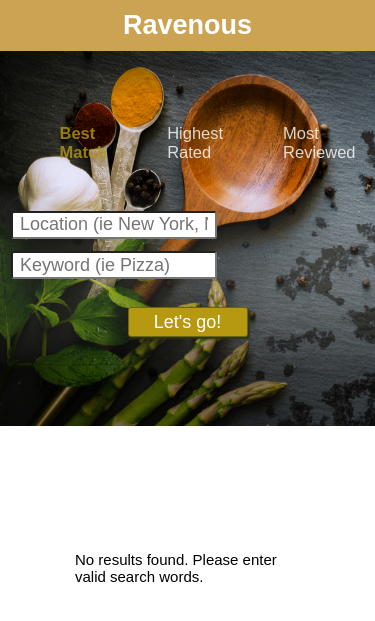
Repository: LolaSL/Ravenous
Page: /
An editor plug-in stored every save of this project. The page is shown before and after the next save, followed by the edit.
The browser window is 375 px wide. The pictures show the whole page.
The page's requests for data from a server got no answer. The project was rebuilt for these pictures with package versions that can differ from the ones it lists, and the page was loaded fresh each time. No one was signed in, and anything a server would have sent is missing. Also part of the build but not shown: src/Business/Business.js.

Above is the page before, as saved 2024-03-24 12:27:09.

### src/App.js
import './App.css';
import React, { useState, useEffect } from 'react';
import BusinessList from './BusinessList/BusinessList';
import SearchBar from './SearchBar/SearchBar';
import getSuggestions from './utils/yelp';

function App() {
  const [businesses, setBusinesses ] = useState([]);

  const searchYelp = async (keyword, location, sort) => {
    const suggestions = await getSuggestions(keyword, location, sort);
    setBusinesses(suggestions);
  };

  useEffect(() => {
    searchYelp("food", "US", "best_match");
  }, []);

  return (
    <div className="App">
      <header>
        <h1>Ravenous</h1>
      </header>
      <main>
        <SearchBar searchYelp={searchYelp}/>
        <BusinessList businesses={businesses}/>
      </main>
      <footer>

      </footer>
    </div>
  );
};

export default App;

### src/App.css
/* Universal Styles */

html {
  font-size: 18px;
}

html,
body {
  margin: 0;
}

@media only screen and (max-width: 560px) {
  html {
    font-size: 15px;
  }
}

input:focus {
  outline: none;
}

/* App Styles */

.App {
  font-family: "Work Sans", sans-serif;
}

.App h1 {
  padding: 0.66rem 0;
  text-align: center;
  background-color: #cca353;
  font-family: Poppins, sans-serif;
  font-size: 1.8rem;
  color: #fff;
  margin: 0;
}

### src/BusinessList/BusinessList.js
import React from 'react';
import './BusinessList.css';
import Business from '../Business/Business';

function BusinessList(prop) {
  if(!prop.businesses) {
    return (
      <div id="business-list">
        <p>No results found. Please enter valid search words.</p>
      </div>
    )
  }
  return (
    <div id="business-list">
      {prop.businesses?.map(business => {
        return <Business info={business} key={business.id}/>;
      })}
    </div>
  );
};

export default BusinessList;

### src/SearchBar/SearchBar.js
import React, { useState } from 'react';
import './SearchBar.css';

function SearchBar({ searchYelp }) {
    const [location, setLocation] = useState("US");
    const [keyword, setKeyword] = useState("restaurant");
    const [sort, setSort] = useState("best_match");

    const sortChoices = [
        { id: "best_match", choice: "Best Match" },
        { id: "rating", choice: "Highest Rated" },
        { id: "review_count", choice: "Most Reviewed" }
    ];

    const handleSortChange = (choice) => {
        setSort(choice);
    }

    const handleLocationChange = (event) => {
        let choice = event.target.value;
        if (!choice) {
            choice = "US";
        };
        setLocation(choice);
    };

    const handleKeywordChange = (event) => {
        let choice = event.target.value;
        if (!choice) {
            choice = "food";
        };
        setKeyword(choice);
    };

    const handleSubmit = (event) => {
        event.preventDefault();
        searchYelp(keyword, location, sort);
    };

    return (
        <div id="search-bar">
            <ul id="sort-options">
                {sortChoices.map((choice) => (
                    <li key={choice.id} value={choice.id} onClick={() => handleSortChange(choice.id)} className={sort === choice.id ? "active" : ""}>{choice.choice}</li>
                ))}
            </ul>
            <div id="user-input">
                <input className="search-input" id="location" onChange={handleLocationChange} placeholder="Location (ie New York, NY)" />
                <input className="search-input" id="keyword" onChange={handleKeywordChange} placeholder="Keyword (ie Pizza)" />
                <button id="submit" type="submit" onClick={handleSubmit}>Let's go!</button>
            </div>
        </div>
    );
};

export default SearchBar;

### src/utils/yelp.js
const apiKey = process.env.REACT_APP_API_KEY;
const cors = "https://cors-anywhere.herokuapp.com/";
const baseUrl = "https://api.yelp.com/v3";
const searchEndpoint = "/businesses/search";

const getSuggestions = async (keyword, location, sort) => {
  const endpoint = `${cors}${baseUrl}${searchEndpoint}?term=${keyword}&location=${location}&sort_by=${sort}`;

  try {
    const response = await fetch(endpoint,
      {
        headers: {
          Authorization: `Bearer ${apiKey}`
        }
      }
    );
    if (response.ok) {
      const jsonResponse = await response.json();
      const results = jsonResponse.businesses.map((business) => ({
        id: business.id,
        img: business.image_url,
        name: business.name,
        address: `${business.location.display_address[0]}, ${business.location.display_address[1]}`,
        category: business.categories[0].title,
        rating: business.rating,
        reviews: business.review_count
      }));
      return results;
    }
  }
  catch (error) {
    console.log(error);
  };
};
export default getSuggestions;

### src/BusinessList/BusinessList.css
/* BusinessList.css */
#business-list {
  display: flex;
  box-sizing: border-box;
  width: 100%;
  min-height: 15rem;
  margin: 2rem auto;
  padding: 1rem 5rem;
  align-items: center;
  flex-wrap: wrap;
  justify-content: center;
  background-color: white;
}

### src/SearchBar/SearchBar.css
#search-bar {
  display: flex;
  flex-direction: column;
  justify-content: center;
  background-image: url("./background_search_desktop.jpg");
  background-size: cover;
  background-repeat: no-repeat;
  height: 25rem;
}

#sort-options {
  display: flex;
  justify-content: center;
  margin-bottom: 2.22rem;
  color: white;
}

#sort-options li {
  display: inline;
  margin: 0 2rem;
  color: white;
  font-size: 1.1rem;
  opacity: 80%;
  justify-content: center;
}

#sort-options li:hover {
  cursor: pointer;
  color: rgb(182, 152, 17);
}

.active {
  color: rgb(182, 152, 17) !important;
  font-weight: bold;
}

hr {
  margin: 1.5rem auto;
  width: 30%;
  opacity: 50%;
}

#user-input {
  margin: 1rem auto;
}

.search-input {
  margin: 0 0.7rem;
  font-size: 1.2rem;
  height: 1.2rem;
  padding: 0.2rem 0.5rem;
  border-radius: 3px;
}

#submit {
  display: block;
  width: 8rem;
  height: 2rem;
  margin: 1rem auto;
  color: white;
  background-color: rgb(182, 152, 17);
  border: 1px solid rgb(107, 101, 17);
  border-radius: 3px;
  font-size: 1.2rem;
  box-shadow: 2px 2px 2px rgb(47, 53, 10);
}

#submit:hover {
  cursor: pointer;
  background-color: rgb(81, 67, 2);
}

@media only screen and (max-width: 560px) {
  #search-bar {
    background-image: url("./background_search_mobile.jpg");
  }

  #sort-options li {
    display: block;
  }


  .search-input {
    margin-right: 0 auto;
width: 50%;
    margin-bottom: 0.86rem;
  }

}

### src/Business/Business.css
/* Business.css */
.restaurant-card {
  display: flex;
  flex-direction: column;
  justify-content: space-between;
  width: 16.66rem;
  margin: 0 0.5rem 2.3rem 0.5rem;
}

img {
  height: 16.66rem;
  margin-bottom: 1rem;
  display: flex;
  flex-direction: column;
  justify-content: center;
  overflow: hidden;
  background: #000;
  border-radius: 5px;
}
.image img {
  width: 100%;
}
.name {
  font-size: 1.2rem;
  font-weight: bold;
}

.category,
.rating {
  color: rgb(152, 97, 3);
  font-weight: bold;
}

.info {
  padding-bottom: 10px;
}

p {
  margin: 0;
}

Loaded but not shown: public/index.html (common file); src/index.js (common file); src/index.css (common file); src/reportWebVitals.js (common file)

After the next save:
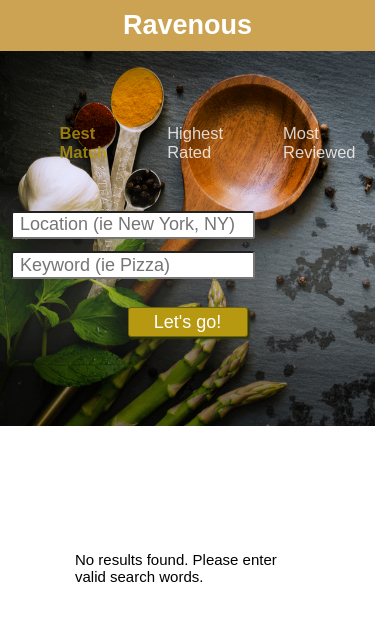
Saved 20 s later.
--- a/src/SearchBar/SearchBar.css
+++ b/src/SearchBar/SearchBar.css
@@ -82,7 +82,7 @@ hr {
 
   .search-input {
     margin-right: 0 auto;
-width: 50%;
+width: 60%;
     margin-bottom: 0.86rem;
   }
 
